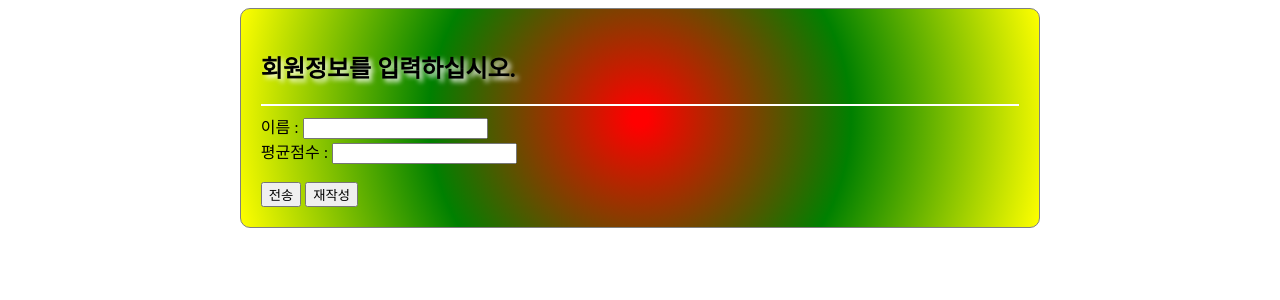
Repository: kdg0109/multicampus_course
Page: web course/workspace_web/mvc/WebContent/htmlexam/memberForm.html
An editor plug-in stored every save of this project. The page is shown before and after the next save, followed by the edit.
The browser window is 1280 px wide. The pictures show the whole page.

Above is the page before, as saved 2018-02-09 02:35:55.

### web course/workspace_web/mvc/WebContent/htmlexam/memberForm.html
<!DOCTYPE html>
<html>
<head>
<meta charset="UTF-8">
<title>Insert title here</title>
<style>
	h1 {
		text-shadow: 3px 3px 5px #ffffff;
	}
	hr {
		border : solid 1px white;
	}
	#article1 {
		width : 60%;
		margin: auto;
		background: radial-gradient(circle, red 2%, green, yellow);
		padding: 20px;
		border-radius: 10px 10px 10px 10px;
		border : solid 1px gray;
	}
</style>
</head>
<body>
	<article id="article1">
		<h1>회원정보를 입력하십시오.</h1>
		<hr>
		<form method="post" action="/mvc/grade" >
			이름 : <input type="text" name = "name" required><br/>
			평균점수 : <input type="number" name = "number" required><br/><br>
	      <input type="submit" name="ok" value="전송">
	      <input type="reset" name="clear" value="재작성"><br>
		</form>
	</article>
</body>
</html>

After the next save:
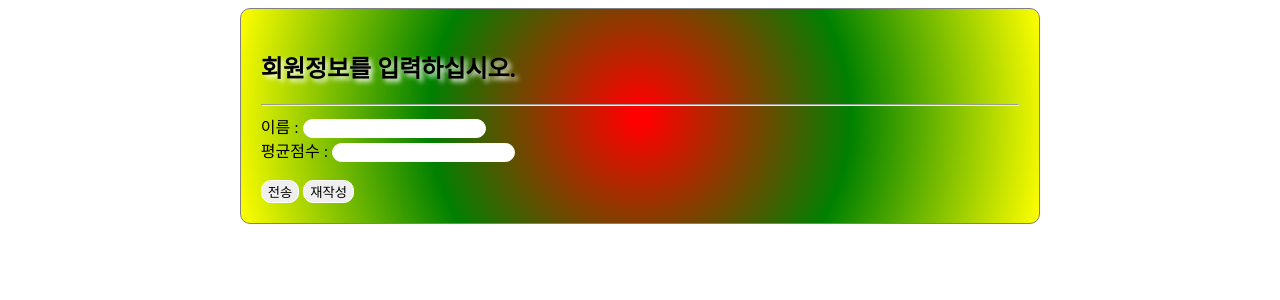
Saved 76 s later.
--- a/web course/workspace_web/mvc/WebContent/htmlexam/memberForm.html
+++ b/web course/workspace_web/mvc/WebContent/htmlexam/memberForm.html
@@ -7,8 +7,12 @@
 	h1 {
 		text-shadow: 3px 3px 5px #ffffff;
 	}
-	hr {
+	input {
 		border : solid 1px white;
+		border-radius: 10px 10px 10px 10px;
+	}
+	#click1, #click2 {
+		background: gray;
 	}
 	#article1 {
 		width : 60%;
@@ -27,8 +31,8 @@
 		<form method="post" action="/mvc/grade" >
 			이름 : <input type="text" name = "name" required><br/>
 			평균점수 : <input type="number" name = "number" required><br/><br>
-	      <input type="submit" name="ok" value="전송">
-	      <input type="reset" name="clear" value="재작성"><br>
+	      <input type="submit" name="ok" id=click1" value="전송">
+	      <input type="reset" name="clear" id=click2" value="재작성"><br>
 		</form>
 	</article>
 </body>
